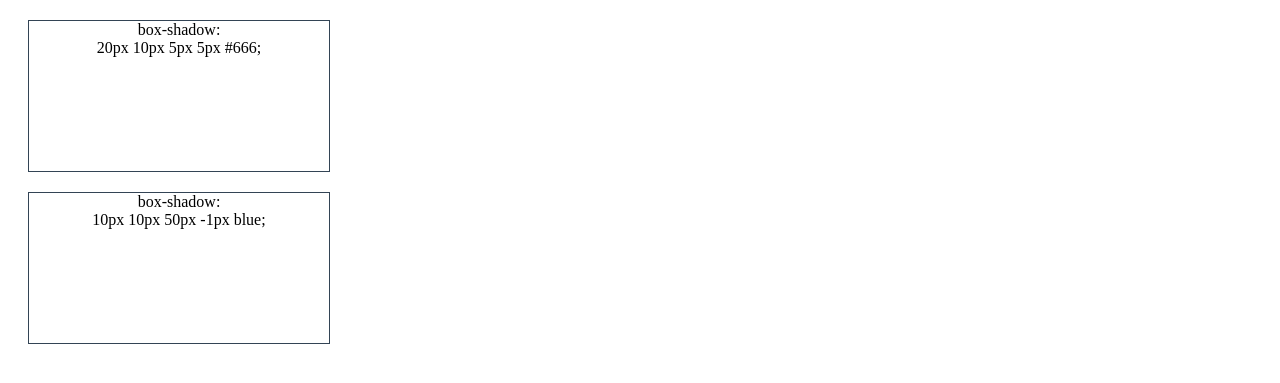
Repository: SeungjaeYu/webstudy
Page: webstudy/06_css/08_shadow/02_box-shadow.htm
An editor plug-in stored every save of this project. The page is shown before and after a run of saves, followed by the edit.
The browser window is 1280 px wide. The pictures show the whole page.

Above is the page before, as saved 2019-08-28 14:43:47.

After the next 2 saves:
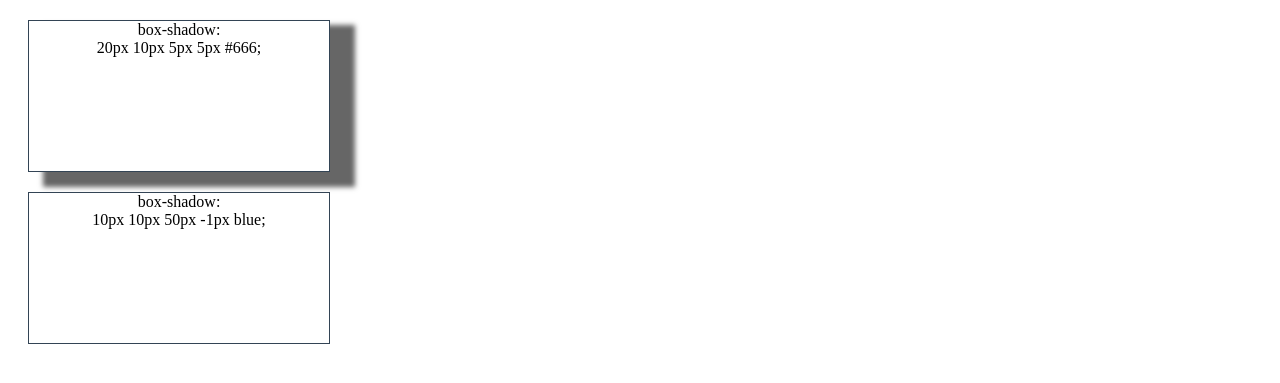
The 2 saves are shown as one change because they came seconds apart.
The last was saved 9 s later.
--- a/webstudy/06_css/08_shadow/02_box-shadow.htm
+++ b/webstudy/06_css/08_shadow/02_box-shadow.htm
@@ -31,7 +31,7 @@
     }
 
     .shadow1 {
-
+        box-shadow: 20px 10px 5px 5px #666;
     }
 </style>
 </head>
